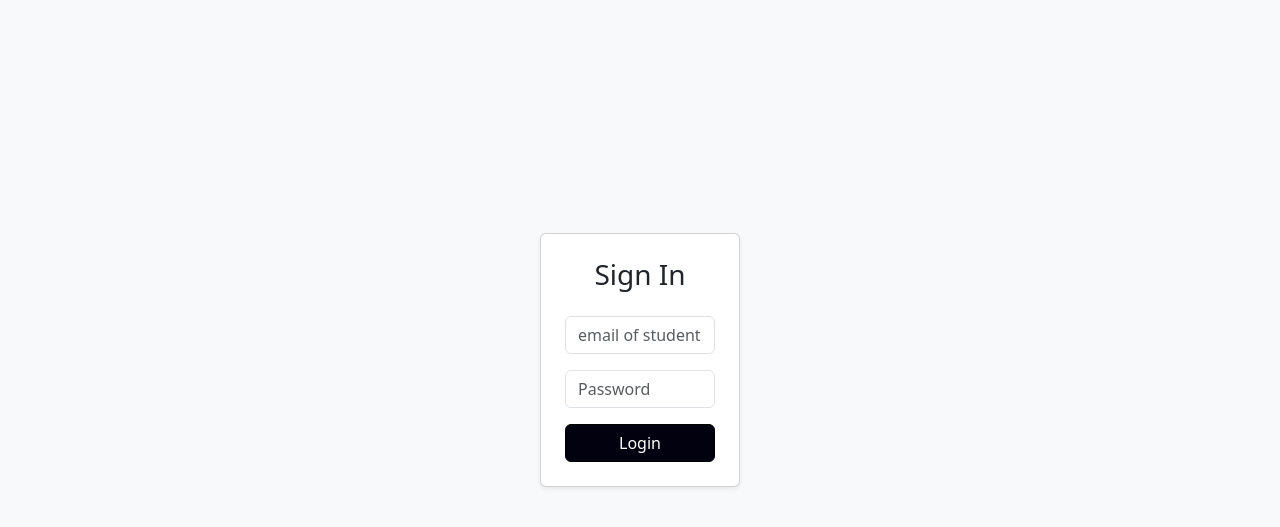
Repository: duyndhe195099/fer202_lab5_6_he195099
Page: /
An editor plug-in stored every save of this project. The page is shown before and after the next save, followed by the edit.
The browser window is 1280 px wide. The pictures show the whole page.
The project was rebuilt for these pictures with package versions that can differ from the ones it lists, and the page was loaded fresh each time. Also part of the build but not shown: src/components/ProtectedRoute.js, src/pages/Subjects.js, src/components/QuestionModal.js, src/pages/Questions.js.

Above is the page before, as saved 2026-11-06 11:05:45.

After the next save:
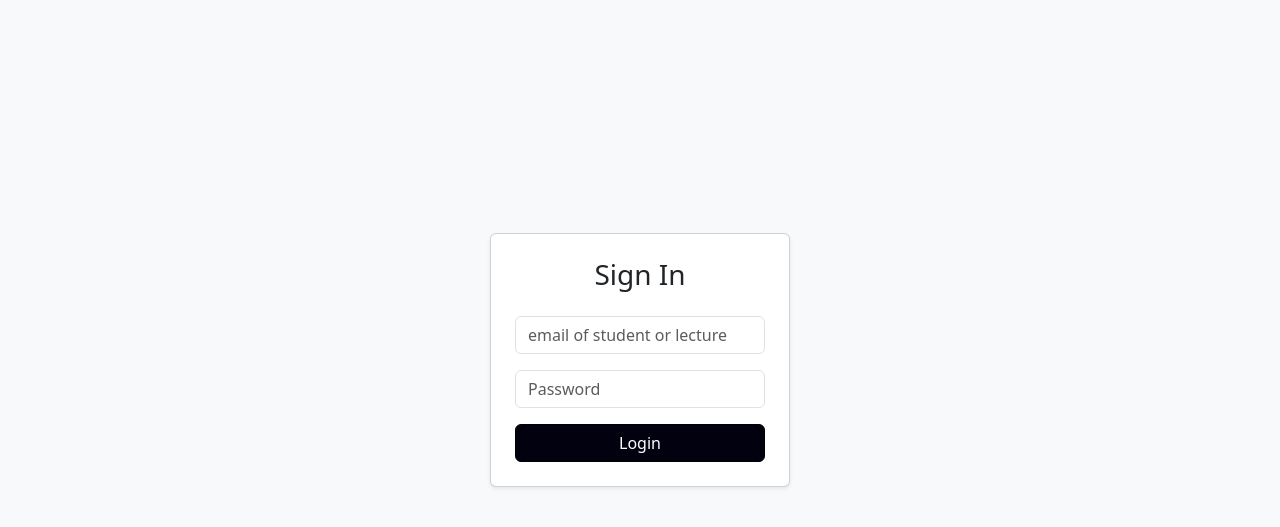
Saved 16 s later.
--- a/src/pages/Login.js
+++ b/src/pages/Login.js
@@ -54,7 +54,7 @@ export default function Login() {
 
   return (
     <div className="d-flex justify-content-center align-items-center vh-100 bg-light">
-      <Card style={{ width: 200 }} className="shadow-sm">
+      <Card style={{ width: 300 }} className="shadow-sm">
         <Card.Body className="p-4">
           <h3 className="text-center mb-4">Sign In</h3>
 
